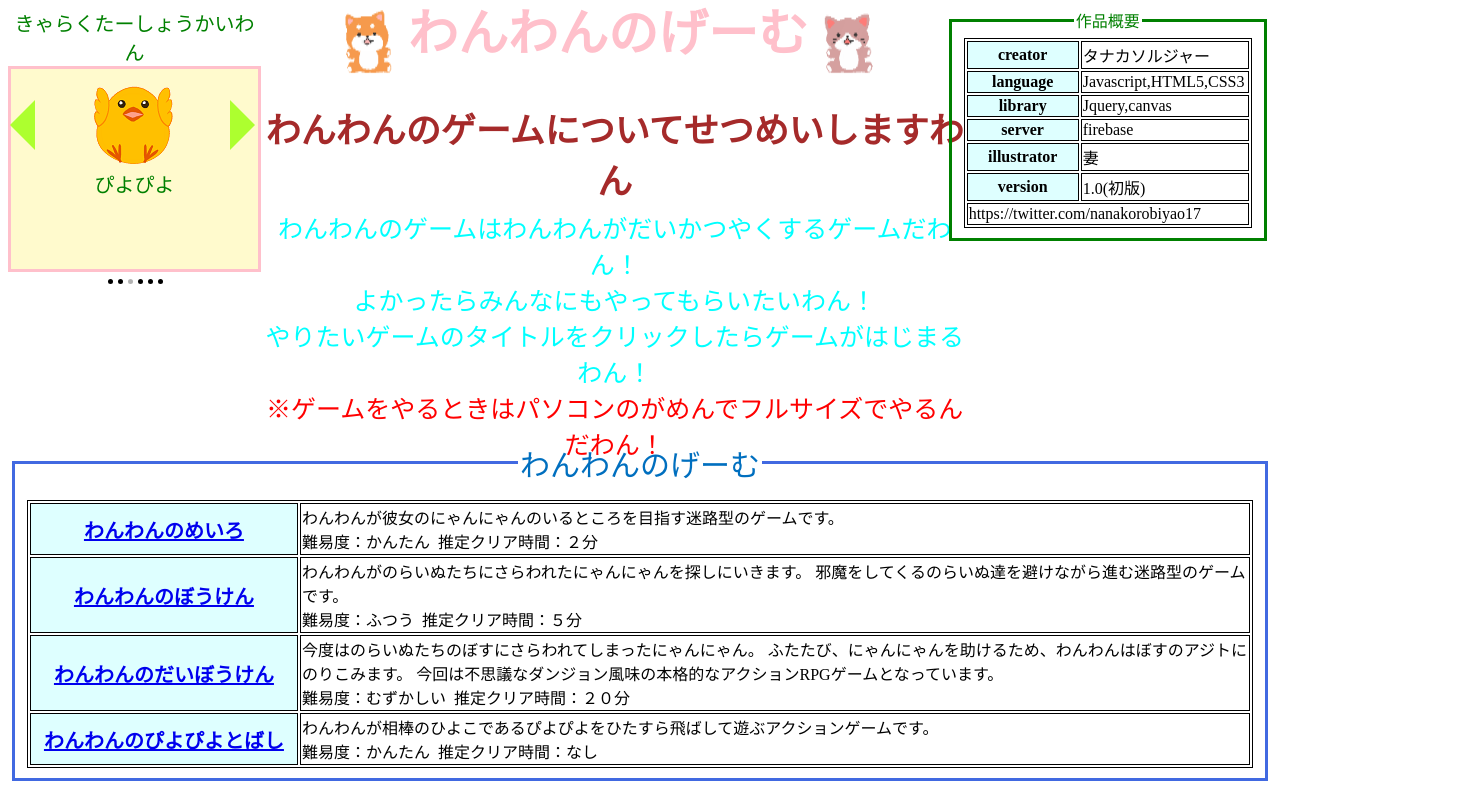
Repository: tatsuya-tanaka27/wanwannogame
Page: index.html
The author's editor kept a copy of each file at every save. The page is drawn from the files as they stood at one save, then again after a run of saves.
The browser window is 1280 px wide. The page is 1280 px wide, then 1464 px, so the pictures cover 1464 px, including what lies to the right of the window. The pictures show the whole page.
Some web fonts or font styles are not loaded; a fallback is used.

Above is the page before, as saved 2021-03-09 20:42:13.

After the next 2 saves:
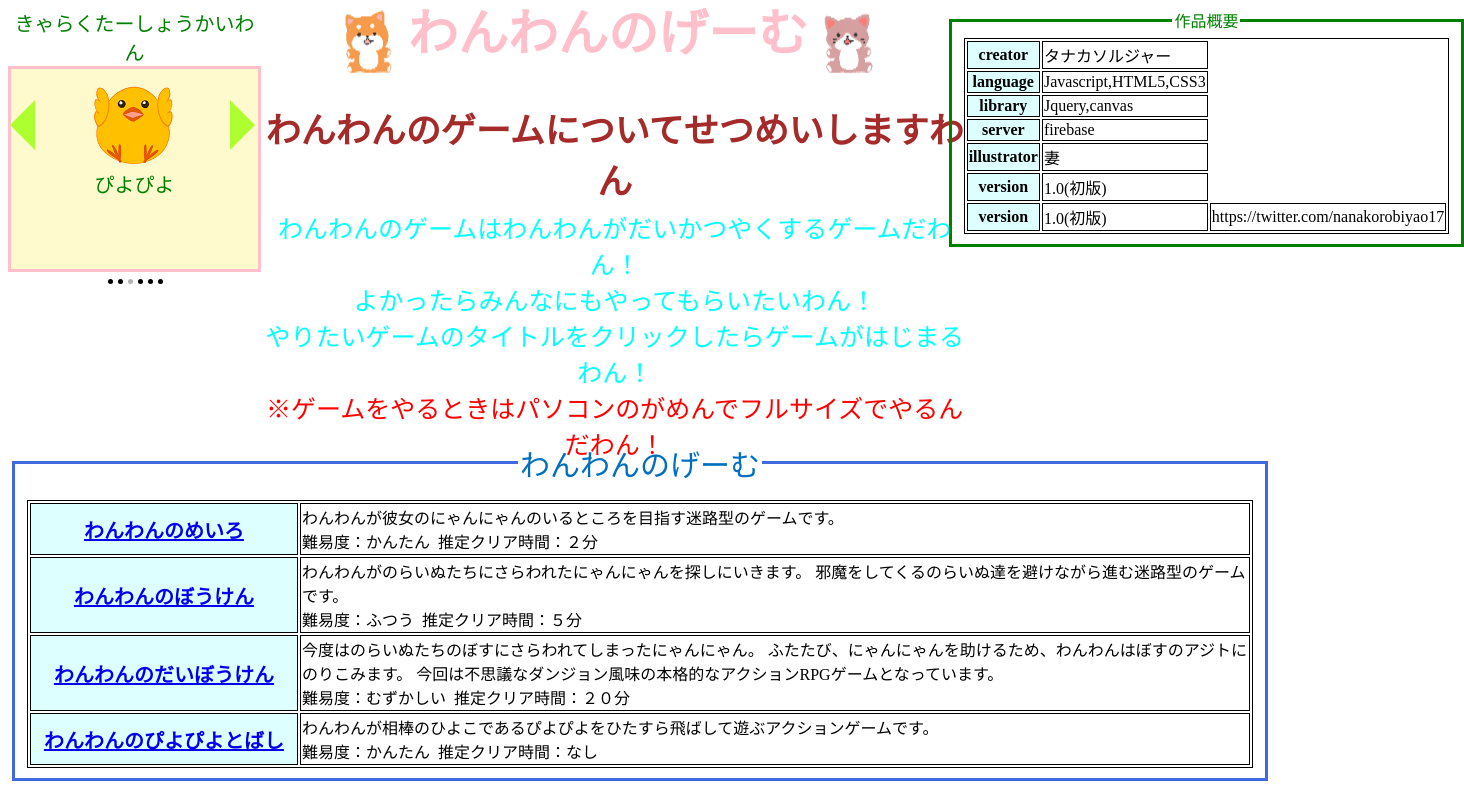
The 2 saves are shown as one change because they came seconds apart.
The last was saved 35 s later.
--- a/index.html
+++ b/index.html
@@ -133,6 +133,12 @@
 									</td>
 								</tr>
 								<tr>
+									<th>
+										version
+									</th>
+									<td>
+										1.0(初版)
+									</td>
 									<td colspan="2">https://twitter.com/nanakorobiyao17</td>
 								</tr>
 							</table>
